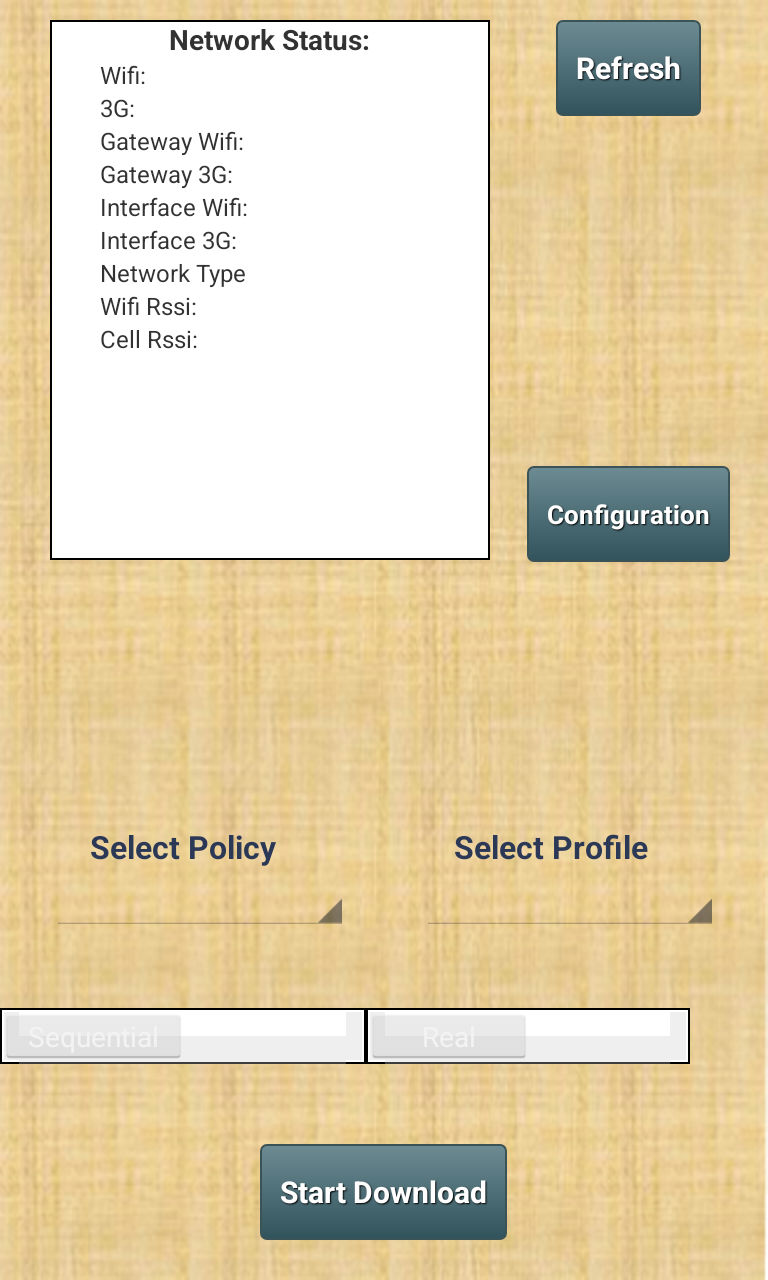
Repository: nncsang/Java-DynamicOffloading
Layout: Wifi3GProject/Wifi3GProject/res/layout/activity_main_2.xml
The author's editor kept a copy of each file at every save. The layout is drawn from the files as they stood at one save, then again after the next save.
It is drawn on a 768 x 1280 px phone screen (xhdpi) without system bars, with theme AppTheme; the app's code is not run. The app's manifest (not shown) leaves right-to-left support off. So textAlignment, textDirection and layoutDirection are ignored, and left and right values win over start and end ones.

Above is the layout before, as saved 2016-02-04 08:43:41.

After the next save:
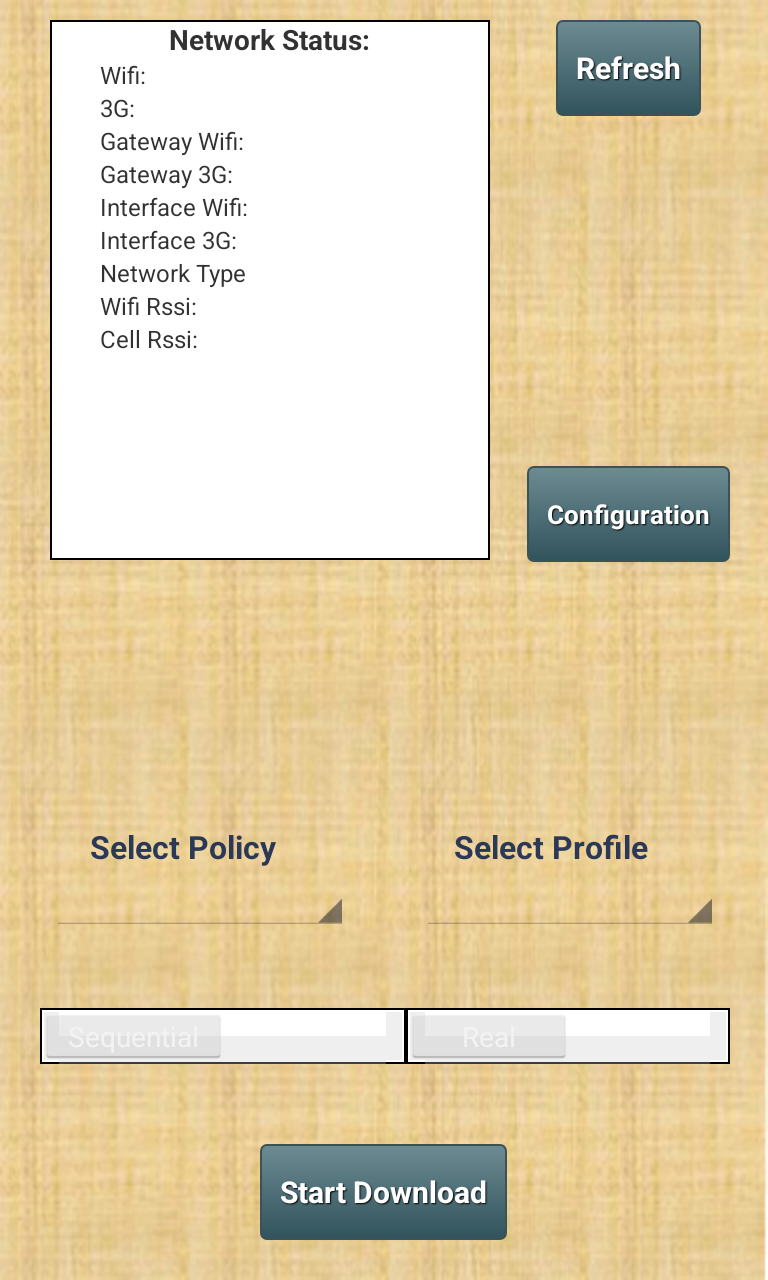
Saved 28 s later.
--- a/Wifi3GProject/Wifi3GProject/res/layout/activity_main_2.xml
+++ b/Wifi3GProject/Wifi3GProject/res/layout/activity_main_2.xml
@@ -261,6 +261,7 @@
 	        android:layout_width="wrap_content"
 	        android:layout_height="wrap_content"
 	        android:layout_marginTop="20dp"
+	        android:layout_marginLeft="20dp"
 	        android:layout_gravity="center_horizontal"
 	        android:background="@drawable/borders"
 	        android:textOff="Sequential"
